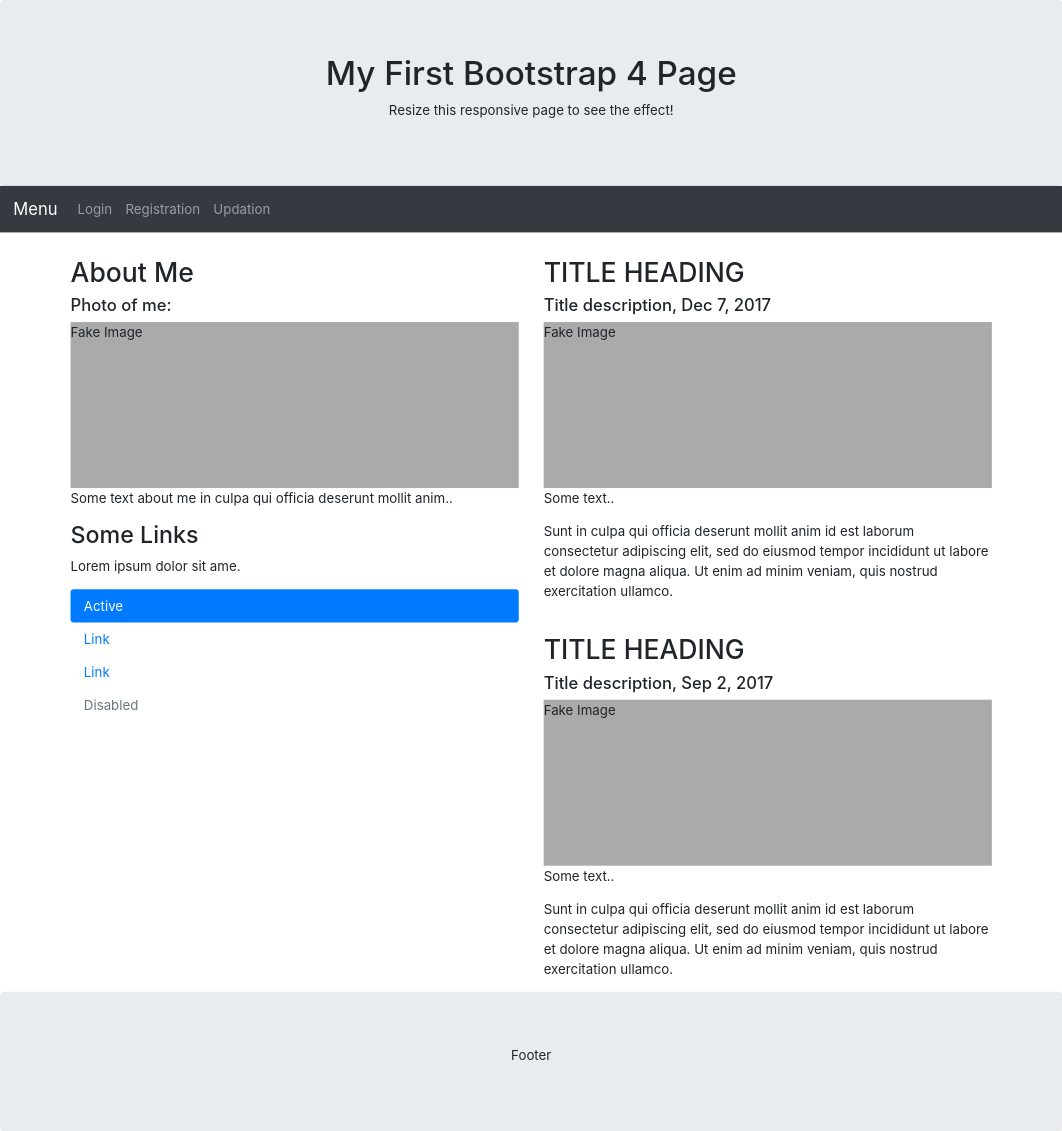
Repository: sahithi9999/workspace
Page: hello/WebContent/form.html
The author's editor kept a copy of each file at every save. The page is drawn from the files as they stood at one save, then again after the next save.
The browser window is 1280 px wide. The pictures show the whole page, at 83% of full size.

Above is the page before, as saved 2020-01-18 11:45:00.

After the next save:
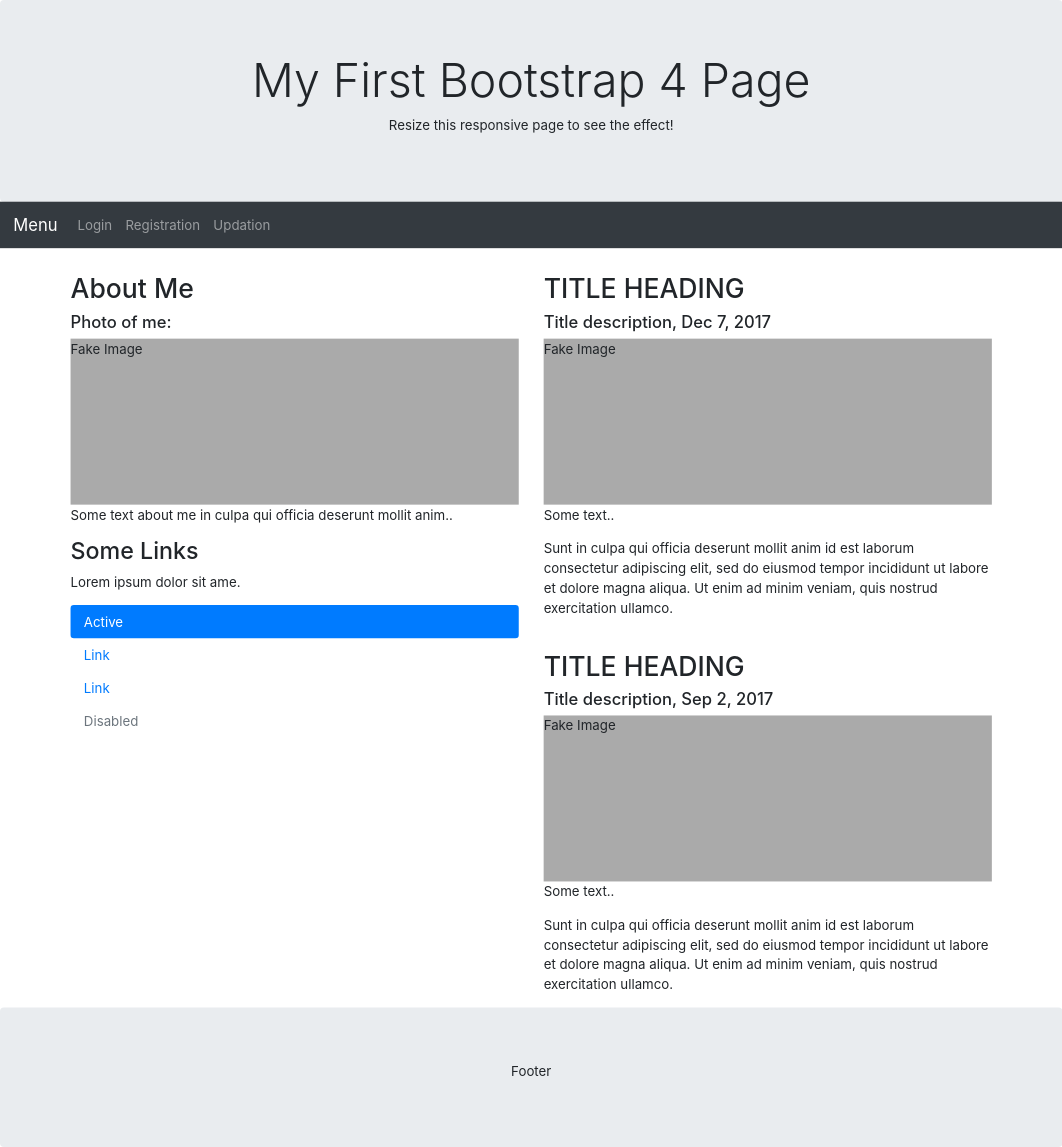
Saved 46 s later.
--- a/hello/WebContent/form.html
+++ b/hello/WebContent/form.html
@@ -19,7 +19,7 @@
 <body>
 
 <div class="jumbotron text-center" style="margin-bottom:0">
-  <h1 class="display-5">My First Bootstrap 4 Page</h1>
+  <h1 class="display-4">My First Bootstrap 4 Page</h1>
   <p>Resize this responsive page to see the effect!</p>
 </div>
 
